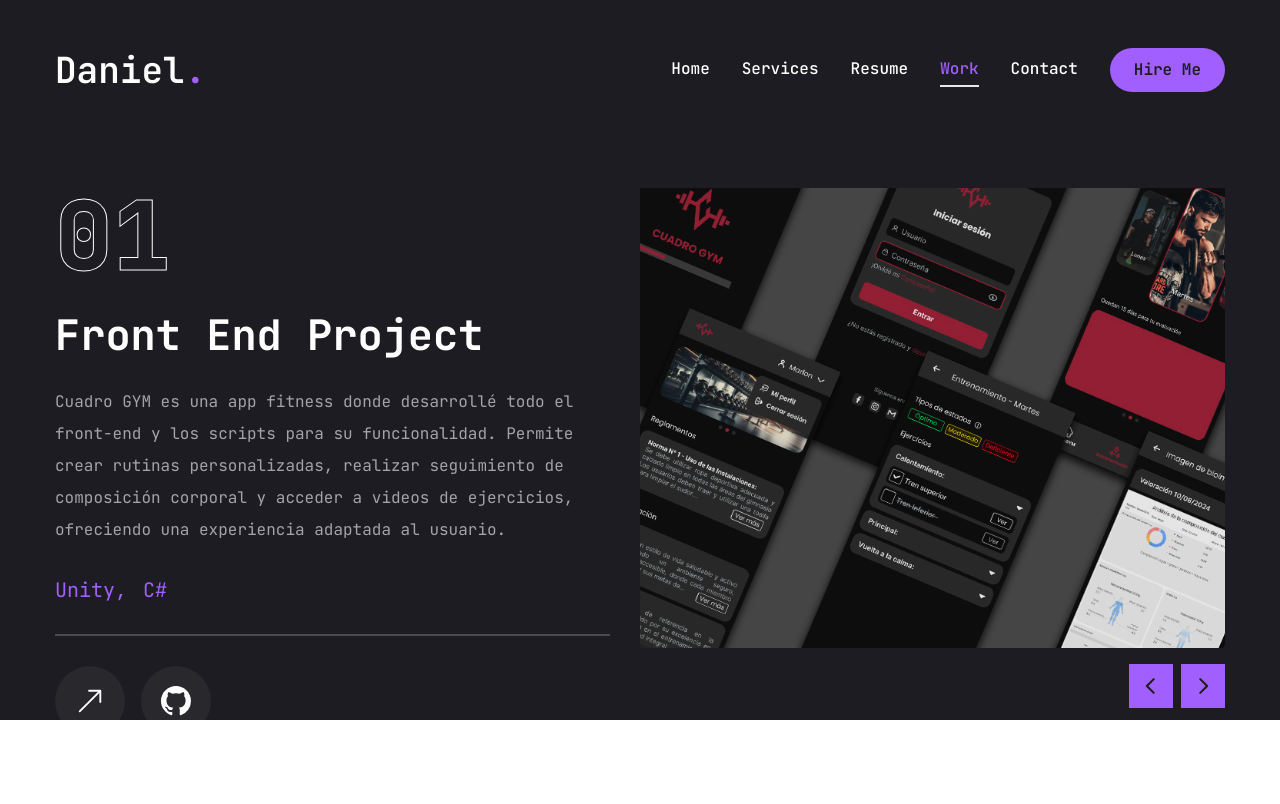
Repository: itsDarkos/Daniel-Portfolio
Page: /work
These files come from the project's save history. The page is drawn as it stood at one moment and after the next save; the edit follows.
The browser window is 1280 px wide. The pictures show the whole page.
The project was rebuilt for these pictures with package versions that can differ from the ones it lists, and the page was loaded fresh each time. The framework's server and built-in components were replaced by stand-ins that run in the browser. Also part of the build but not shown: next.config.mjs.

Above is the page before, as saved 2025-01-05 18:41:04.

### app/layout.jsx
import { JetBrains_Mono } from "next/font/google";
import "./globals.css";

// components
import Header from "@/components/Header";
import PageTransition from "@/components/PageTransition";
import StairTransition from "@/components/StairTransition";

const jetBrainsMono = JetBrains_Mono({
  variable: "--font-jetBrainsMono",
  weight: ["100", "200", "300", "400", "500", "600", "700", "800"],
  subsets: ["latin"],
});

export const metadata = {
  title: "Create Next App",
  description: "Generated by create next app",
};

export default function RootLayout({ children }) {
  return (
    <html lang="en">
      <body className={jetBrainsMono.variable}>
        <Header />
        <StairTransition />
        <PageTransition>{children}</PageTransition>
      </body>
    </html>
  );
}

### app/work/page.jsx
"use client";

import { motion } from "framer-motion";
import React, { useState } from "react";

import { Swiper, SwiperSlide } from "swiper/react";
import "swiper/css";

import { BsArrowUpRight, BsGithub } from "react-icons/bs";

import {
  Tooltip,
  TooltipContent,
  TooltipProvider,
  TooltipTrigger,
} from "@/components/ui/tooltip";

import Link from "next/link";
import Image from "next/image";

// components
import WorkSliderBtns from "@/components/WorkSliderBtns";

const projects = [
  {
    num: "01",
    category: "Front End",
    title: "projecto 1",
    description: "Cuadro GYM es una app fitness donde desarrollé todo el front-end y los scripts para su funcionalidad. Permite crear rutinas personalizadas, realizar seguimiento de composición corporal y acceder a videos de ejercicios, ofreciendo una experiencia adaptada al usuario.",
    stack: [{ name: "Unity" }, { name: "C#" }],
    image: "/assets/work/thumb1.jpg",
    live: "https://cuadrogym.com/",
    github: "",
  },
  {
    num: "02",
    category: "Diseño UI/UX",
    title: "projecto 2",
    description: "Este proyecto consistió en el diseño completo de la interfaz y experiencia de usuario (UI/UX) utilizando Figma. Creé un sistema visual moderno, intuitivo y enfocado en mejorar la interacción del usuario con la aplicación. Cada pantalla fue diseñada para garantizar usabilidad, estética y funcionalidad.",
    stack: [{ name: "Figma" }],
    image: "/assets/work/thumb2.png",
    live: "",
    github: "",
  },
];

const Work = () => {
  const [project, setProject] = useState(projects[0]);

  const handleSlideChange = (swiper) => {
    // get current slide index
    const currentIndex = swiper.activeIndex;
    // update project state based on current slide index
    setProject(projects[currentIndex]);
  };

  return (
    <motion.section
      initial={{ opacity: 0 }}
      animate={{
        opacity: 1,
        transition: { delay: 2.4, duration: 0.4, ease: "easeIn" },
      }}
      className="min-h-[80vh] flex flex-col justify-center py-12 xl:px-0"
    >
      <div className="container mx-auto">
        <div className="flex flex-col xl:flex-row xl:gap-[30px]">
          <div className="w-full xl:w-[50%] xl:h-[460px] flex flex-col xl:justify-between order-2 xl:order-none">
            <div className="flex flex-col gap-[30px] h-[50%]">
              {/* ouline num */}
              <div className="text-8xl leading-none font-extrabold text-transparent text-outline">
                {project.num}
              </div>
              {/* project categoty */}
              <h2 className="text-[42px] font-bold leading-none text-white group-hover:text-accent transition-all duration-500 capitalize">
                {project.category} project
              </h2>
              {/* project description */}
              <p className="text-white/60">{project.description}</p>
              {/* stack */}
              <ul className="flex gap-4">
                {project.stack.map((item, index) => {
                  return (
                    <li key={index} className="text-xl text-accent">
                      {item.name}
                      {/* remove the last commo */}
                      {index !== project.stack.length - 1 && ","}
                    </li>
                  );
                })}
              </ul>
              {/* border */}
              <div className="border border-white/20"></div>
              {/* buttons */}
              <div className="flex items-center gap-4">
                {/* live project button */}
                <Link href={project.live}>
                  <TooltipProvider delayDuration={100}>
                    <Tooltip>
                      <TooltipTrigger className="w-[70px] h-[70px] rounded-full bg-white/5 flex justify-center items-center group">
                        <BsArrowUpRight className="text-white text-3xl group-hover:text-accent" />
                      </TooltipTrigger>
                      <TooltipContent>
                        <p>Live project</p>
                      </TooltipContent>
                    </Tooltip>
                  </TooltipProvider>
                </Link>
                {/* github project button */}
                <Link href={project.github}>
                  <TooltipProvider delayDuration={100}>
                    <Tooltip>
                      <TooltipTrigger className="w-[70px] h-[70px] rounded-full bg-white/5 flex justify-center items-center group">
                        <BsGithub className="text-white text-3xl group-hover:text-accent" />
                      </TooltipTrigger>
                      <TooltipContent>
                        <p>Github repository</p>
                      </TooltipContent>
                    </Tooltip>
                  </TooltipProvider>
                </Link>
              </div>
            </div>
          </div>
          <div className="w-full xl:w-[50%]">
            <Swiper
              spaceBetween={30}
              slidesPerView={1}
              className="xl:h-[520px] mb-12"
              onSlideChange={handleSlideChange}
            >
              {projects.map((project, index) => {
                return (
                  <SwiperSlide key={index} className="w-full">
                    <div className="h-[460px] relative group flex justify-center items-center bg-pink-50/20">
                      {/* overlay */}
                      <div className="absolute top-0 bottom-0 w-full h-full bg-black/10 z-10"></div>
                      {/* image */}
                      <div className="relative w-full h-full">
                        <Image
                          src={project.image}
                          fill
                          className="object-cover"
                          alt=""
                        />
                      </div>
                    </div>
                  </SwiperSlide>
                );
              })}
              {/* slider buttons */}
              <WorkSliderBtns
                containerStyles="flex gap-2 absolute right-0 bottom-[calc(50%_-_22px)] xl:bottom-0 z-20 w-full justify-between xl:w-max xl:justify-none"
                btnStyles="bg-accent hover:bg-accent-hover text-primary text-[22px] w-[44px] h-[44px] flex justify-center items-center transition-all"
              />
            </Swiper>
          </div>
        </div>
      </div>
    </motion.section>
  );
};

export default Work;

### app/globals.css
@tailwind base;
@tailwind components;
@tailwind utilities;

@layer base {
  body {
    @apply font-primary bg-primary text-white leading-loose;
  }

  .h1 {
    @apply text-[48px] xl:text-[80px] leading-[1.1] font-semibold;
  }

  .h2 {
    @apply text-[36px] xl:text-[48px] leading-[1.1] font-semibold;
  }

  .h3 {
    @apply text-[20px] xl:text-[24px] leading-[1.1] font-semibold;
  }
  .text-outline{
    -webkit-text-stroke: 1px #ffffff;
  }

  .text-outline-hover{
    -webkit-text-stroke: 1px #a15fff;
  }
}

### components/Header.jsx
import Link from "next/link";
import { Button } from "./ui/button";

// components
import { Nav } from "./Nav";
import MobileNav from "./MobileNav";

export const Header = () => {
  return (
    <header className="py-8 xl:py-12 text-white">
      <div className="container mx-auto flex justify-between items-center">
        {/* logo */}
        <Link href="/">
          <h1 className="text-4xl font-semibold">
            Daniel<span className="text-accent">.</span>
          </h1>
        </Link>
        {/* desktop nav & hire me button */}
        <div className="hidden xl:flex items-center gap-8">
          <Nav />
          <Link href="/contact">
            <Button>Hire Me</Button>
          </Link>
        </div>
        {/* mobile nav */}
        <div className="xl:hidden">
          <MobileNav />
        </div>
      </div>
    </header>
  );
};

export default Header;

### components/PageTransition.jsx
"use client";

import { AnimatePresence, motion } from "framer-motion"
import { usePathname } from "next/navigation";

const PageTransition = ({children}) => {
  const pathname = usePathname();
  return <AnimatePresence>
    <div key={pathname}>
      <motion.div
        initial ={{opacity: 1}}
        animate={{
          opacity: 0,
          transition:{delay: 1, duration: 0.4, ease: "easeInOut"},
        }}
        className="h-screen w-screen fixed bg-primary top-0 pointer-events-none"
      />
      {children}
    </div>
    </AnimatePresence>
}

export default PageTransition

### components/StairTransition.jsx
"use client";

import { AnimatePresence, motion } from "framer-motion";
import { usePathname } from "next/navigation";

//components
import Stairs from "./Stairs";

const StairTransition = () => {
  const pathname = usePathname();
  return (
    <>
      <AnimatePresence mode="wait">
        <div key={pathname}>
          <div className="h-screen w-screen fixed top-0 left-0 right-0 pointer-events-none z-40 flex">
            <Stairs />
          </div>
          <motion.div
            className="h-screen w-screen fixed bg-primary top-0 pointer-events-none"
            initial={{ opacity: 1 }}
            animate={{
              opacity: 0,
              transition: { delay: 1, duration: 0.4, ease: "easeInOut" },
            }}
          />
        </div>
      </AnimatePresence>
    </>
  );
};

export default StairTransition;

### components/ui/tooltip.jsx
"use client"

import * as React from "react"
import * as TooltipPrimitive from "@radix-ui/react-tooltip"

import { cn } from "@/lib/utils"

const TooltipProvider = TooltipPrimitive.Provider

const Tooltip = TooltipPrimitive.Root

const TooltipTrigger = TooltipPrimitive.Trigger

const TooltipContent = React.forwardRef(({ className, sideOffset = 4, ...props }, ref) => (
  <TooltipPrimitive.Content
    ref={ref}
    sideOffset={sideOffset}
    className={cn(
      "z-50 overflow-hidden rounded-md border border-neutral-200 bg-white px-3 py-1.5 text-sm text-neutral-950 shadow-md animate-in fade-in-0 zoom-in-95 data-[state=closed]:animate-out data-[state=closed]:fade-out-0 data-[state=closed]:zoom-out-95 data-[side=bottom]:slide-in-from-top-2 data-[side=left]:slide-in-from-right-2 data-[side=right]:slide-in-from-left-2 data-[side=top]:slide-in-from-bottom-2 dark:border-neutral-800 dark:bg-neutral-950 dark:text-neutral-50",
      className
    )}
    {...props} />
))
TooltipContent.displayName = TooltipPrimitive.Content.displayName

export { Tooltip, TooltipTrigger, TooltipContent, TooltipProvider }

### components/ui/button.jsx
import * as React from "react";
import { Slot } from "@radix-ui/react-slot";
import { cva } from "class-variance-authority";

import { cn } from "@/lib/utils";

const buttonVariants = cva(
  "inline-flex items-center justify-center whitespace-nowrap rounded-full text-base font-semibold ring-offset-white transition-colors",
  {
    variants: {
      variant: {
        default:  "bg-accent text-primary hover:bg-accent-hover",
        primary:  "bg-primary text-white",
        outline:  "border border-accent bg-transparent text-accent hover:bg-accent hover:text-primary",
      },
      size: {
        default: "h-[44px] px-6",
        sm: "h-[48px] px-6",
        lg: "h-[56px] px-8 text-sm uppercase tracking-[2px]",
      },
    },
    defaultVariants: {
      variant: "default",
      size: "default",
    },
  }
);

const Button = React.forwardRef(
  ({ className, variant, size, asChild = false, ...props }, ref) => {
    const Comp = asChild ? Slot : "button";
    return (
      <Comp
        className={cn(buttonVariants({ variant, size, className }))}
        ref={ref}
        {...props}
      />
    );
  }
);
Button.displayName = "Button";

export { Button, buttonVariants };

### components/Nav.jsx
"use client";

import Link from "next/link";
import { usePathname } from "next/navigation";

const links = [
  {
    name: "Home",
    path: "/",
  },
  {
    name: "Services",
    path: "/services",
  },
  {
    name: "Resume",
    path: "/resume",
  },
  {
    name: "Work",
    path: "/work",
  },
  {
    name: "Contact",
    path: "/contact",
  },
];

export const Nav = () => {
  const pathname = usePathname();
  console.log(pathname);
  return (
    <nav className="flex gap-8">
      {links.map((link, index) => {
        return (
          <Link
            href={link.path}
            key={index}
            className={`${
              link.path === pathname && "text-accent border-b-2 border-accent"
            }capitalize font-medium hover:text-accent transition all`}>
            {link.name}
          </Link>
        );
      })}
    </nav>
  );
};

export default Nav;

### components/MobileNav.jsx
"use client";

import { Sheet, SheetContent, SheetTrigger } from "@/components/ui/sheet";
import { usePathname } from "next/navigation";
import Link from "next/link";
import { CiMenuFries } from "react-icons/ci";

const links = [
  {
    name: "home",
    path: "/",
  },
  {
    name: "services",
    path: "/services",
  },
  {
    name: "resume",
    path: "/resume",
  },
  {
    name: "work",
    path: "/work",
  },
  {
    name: "contact",
    path: "/contact",
  },
];

const MobileNav = () => {
  const pathname = usePathname();
  return (
    <Sheet>
      <SheetTrigger className="flex justify-center items-center">
        <CiMenuFries className="text-[32px] text-accent" />
      </SheetTrigger>
      <SheetContent className="flex flex-col">
        {/* logo */}
        <div className="mt-32 mt-40 text-center text-2xl">
          <Link href="/"></Link>
          <h1 className="text-4xl font-semibold">
            Daniel<span className="text-accent">.</span>
          </h1>
        </div>
        {/* nav */}
        <nav className="flex flex-col justifi-center items-center gap-8">
          {links.map((link, index) => {
            return (
              <Link
                href={link.path}
                key={index}
                className={`${
                  link.path === pathname &&
                  "text-accent border-b-2 border-accent"
                } text-xl capitalize hover:text-accent transition`}
              >
                {link.name}
              </Link>
            );
          })}
        </nav>
      </SheetContent>
    </Sheet>
  );
};

export default MobileNav;

### components/Stairs.jsx
import { animate, motion } from "framer-motion";

//variants
const stairAimation = {
  initial: {
    top: "0%",
  },
  animate: {
    top: "100%",
  },
  exit: {
    top: ["100%", "0%"],
  },
};

//calculate the reverse index fot staggred delay
const reverseIndex = (index) => {
  const totalSteps = 6; //number of steps
  return totalSteps - index - 1;
};

const Stairs = () => {
  return (
    <>
      {/* render & motion divs, each representing a step of the stairs.
      Each div will have the same animation defined by the stoirsAnimation object.
      The delay for each div is calculated sinomically based on it's reversed index,
      creating a staggered effect with decreasing delay for each subsequent step.
     */}
      {[...Array(6)].map((_, index) => {
        return (
          <motion.div
            key={index}
            variants={stairAimation}
            initial="initial"
            animate="animate"
            exit="exit"
            transition={{
              duration: 0.4,
              ease: "easeInOut",
              delay: reverseIndex(index) * 0.1,
            }}
            className="h-full w-full bg-white relative"
          />
        );
      })}
    </>
  );
};

export default Stairs;

### components/ui/sheet.jsx
"use client";
import * as React from "react"
import * as SheetPrimitive from "@radix-ui/react-dialog"
import { cva } from "class-variance-authority";
import { cn } from "@/lib/utils"

import {IoMdClose} from "react-icons/io"

const Sheet = SheetPrimitive.Root

const SheetTrigger = SheetPrimitive.Trigger

const SheetClose = SheetPrimitive.Close

const SheetPortal = SheetPrimitive.Portal

const SheetOverlay = React.forwardRef(({ className, ...props }, ref) => (
  <SheetPrimitive.Overlay
    className={cn(
      "fixed inset-0 z-50 bg-black/80  data-[state=open]:animate-in data-[state=closed]:animate-out data-[state=closed]:fade-out-0 data-[state=open]:fade-in-0",
      className
    )}
    {...props}
    ref={ref} />
))
SheetOverlay.displayName = SheetPrimitive.Overlay.displayName

const sheetVariants = cva(
  "fixed z-50 gap-4 bg-primary p-6 shadow-lg transition ease-in-out data-[state=open]:animate-in data-[state=closed]:animate-out data-[state=closed]:duration-300 data-[state=open]:duration-500 dark:bg-neutral-950",
  {
    variants: {
      side: {
        top: "inset-x-0 top-0 border-b data-[state=closed]:slide-out-to-top data-[state=open]:slide-in-from-top",
        bottom:
          "inset-x-0 bottom-0 border-t data-[state=closed]:slide-out-to-bottom data-[state=open]:slide-in-from-bottom",
        left: "inset-y-0 left-0 h-full w-3/4 border-r data-[state=closed]:slide-out-to-left data-[state=open]:slide-in-from-left sm:max-w-sm",
        right:
          "inset-y-0 right-0 h-full w-3/4 data-[state=closed]:slide-out-to-right data-[state=open]:slide-in-from-right sm:max-w-sm",
      },
    },
    defaultVariants: {
      side: "right",
    },
  }
)

const SheetContent = React.forwardRef(({ side = "right", className, children, ...props }, ref) => (
  <SheetPortal>
    <SheetOverlay />
    <SheetPrimitive.Content ref={ref} className={cn(sheetVariants({ side }), className)} {...props}>
      {children}
      <SheetPrimitive.Close
        className="absolute right-8 top-8 transition opacity ouline-none">
        <IoMdClose className="text-3xl text-accent" />
        <span className="sr-only">Close</span>
      </SheetPrimitive.Close>
    </SheetPrimitive.Content>
  </SheetPortal>
))
SheetContent.displayName = SheetPrimitive.Content.displayName

const SheetHeader = ({
  className,
  ...props
}) => (
  <div
    className={cn("flex flex-col space-y-2 text-center sm:text-left", className)}
    {...props} />
)
SheetHeader.displayName = "SheetHeader"

const SheetFooter = ({
  className,
  ...props
}) => (
  <div
    className={cn("flex flex-col-reverse sm:flex-row sm:justify-end sm:space-x-2", className)}
    {...props} />
)
SheetFooter.displayName = "SheetFooter"

const SheetTitle = React.forwardRef(({ className, ...props }, ref) => (
  <SheetPrimitive.Title
    ref={ref}
    className={cn("text-lg font-semibold text-neutral-950 dark:text-neutral-50", className)}
    {...props} />
))
SheetTitle.displayName = SheetPrimitive.Title.displayName

const SheetDescription = React.forwardRef(({ className, ...props }, ref) => (
  <SheetPrimitive.Description
    ref={ref}
    className={cn("text-sm text-neutral-500 dark:text-neutral-400", className)}
    {...props} />
))
SheetDescription.displayName = SheetPrimitive.Description.displayName

export {
  Sheet,
  SheetPortal,
  SheetOverlay,
  SheetTrigger,
  SheetClose,
  SheetContent,
  SheetHeader,
  SheetFooter,
  SheetTitle,
  SheetDescription,
}

### tailwind.config.mjs
/** @type {import('tailwindcss').Config} */
// eslint-disable-next-line import/no-anonymous-default-export
export default {
  darkMode: ["class"],
  content: [
    "./pages/**/*.{js,ts,jsx,tsx,mdx}",
    "./components/**/*.{js,ts,jsx,tsx,mdx}",
    "./app/**/*.{js,ts,jsx,tsx,mdx}",
  ],
  theme: {
    container: {
      center: true,
      padding: "15px",
    },
    screens: {
      sm: "640px",
      md: "768px",
      lg: "960px",
      xl: "1200px",
    },
    fontFamily: {
      primary: "var(--font-jetBrainsMono)",
    },
    extend: {
      colors: {
        primary: "#1c1c22",
        accent: {
          DEFAULT: "#a15fff",
          hover: "#8e4cff",
        },
      },
      borderRadius: {
        lg: "var(--radius)",
        md: "calc(var(--radius) - 2px)",
        sm: "calc(var(--radius) - 4px)",
      },
    },
  },
  plugins: [require("tailwindcss-animate")],
};

Loaded but not shown: components/WorkSliderBtns.jsx (common file); lib/utils.js (common file)

After the next save:
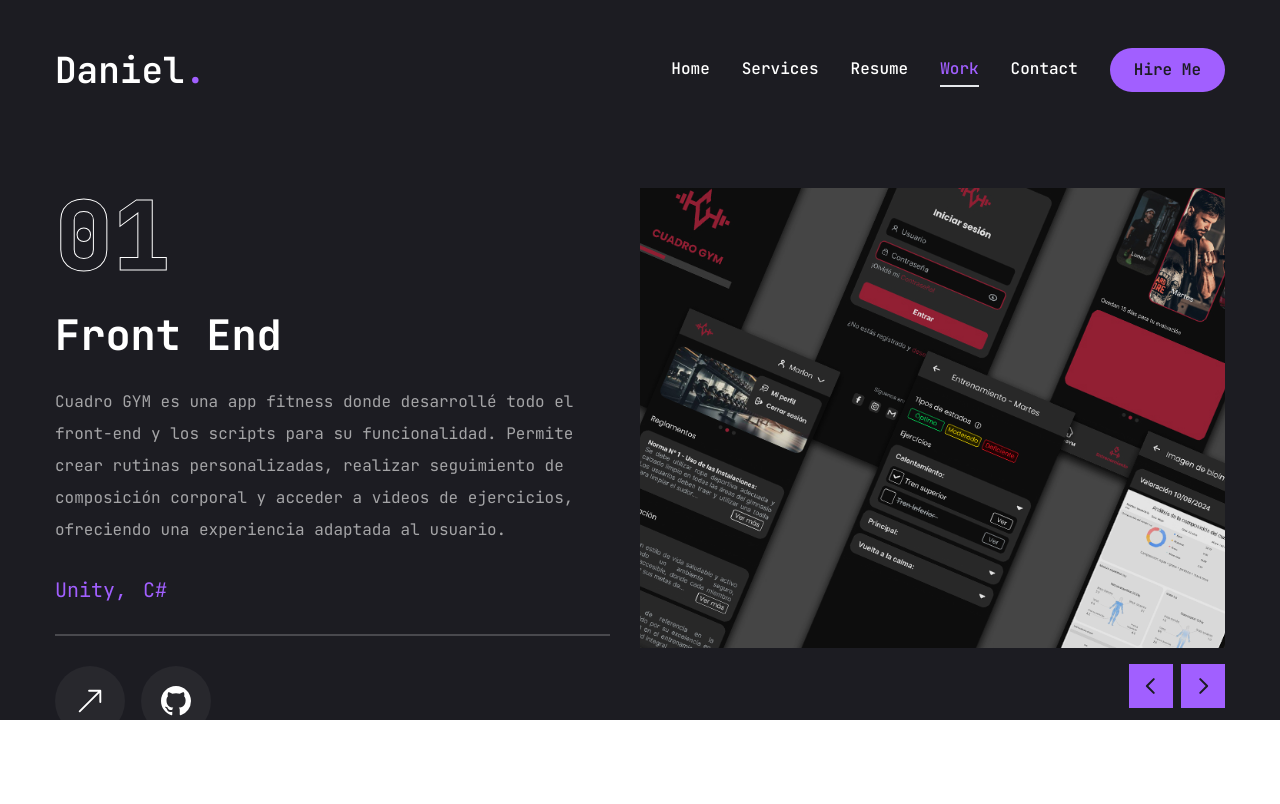
Saved 59 s later.
--- a/app/work/page.jsx
+++ b/app/work/page.jsx
@@ -73,7 +73,7 @@ const Work = () => {
               </div>
               {/* project categoty */}
               <h2 className="text-[42px] font-bold leading-none text-white group-hover:text-accent transition-all duration-500 capitalize">
-                {project.category} project
+                {project.category}
               </h2>
               {/* project description */}
               <p className="text-white/60">{project.description}</p>
